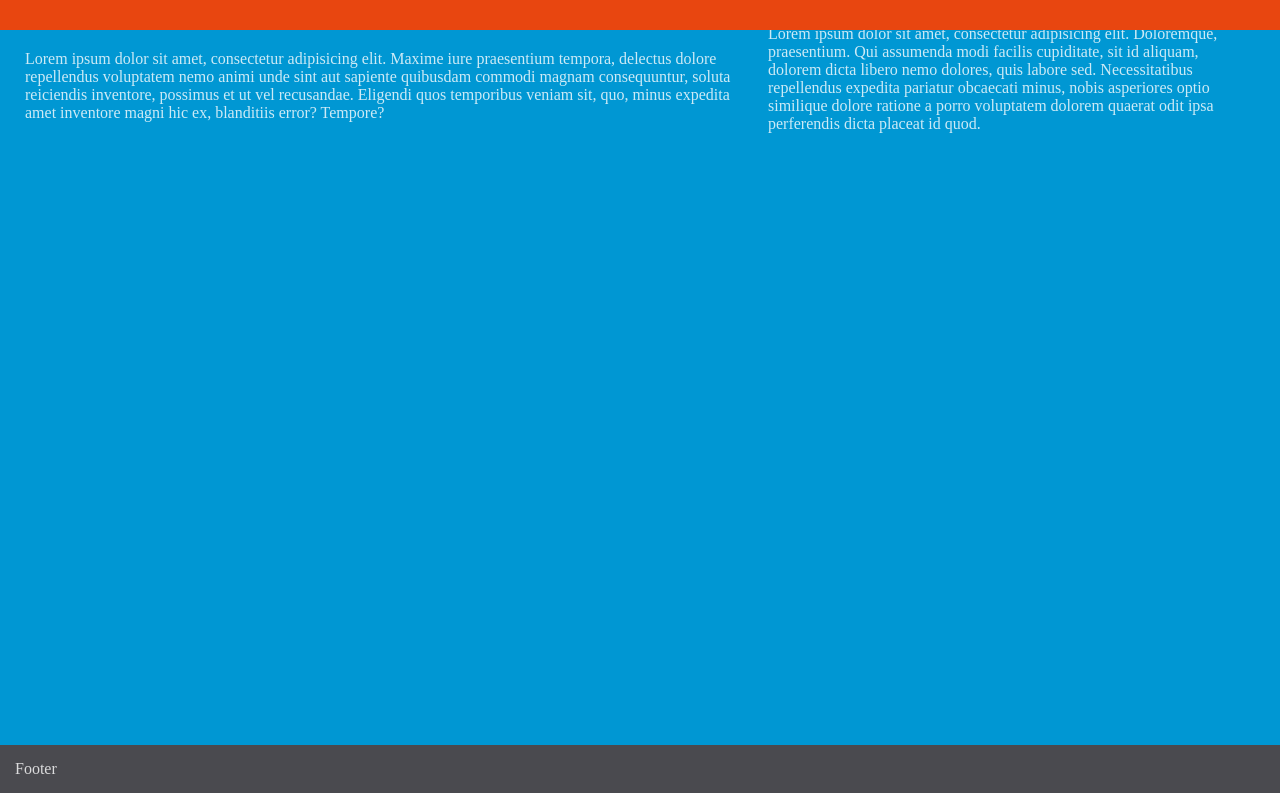
Repository: jdtiding/Responsive_Design
Page: index.html
The author's editor kept a record of every edit. The page is drawn from the files as they stood at one moment, then again after the next edit.
The browser window is 1280 px wide. The pictures show the whole page.

Above is the page before.

### index.html
<!DOCTYPE html>
<html lang="en">
<head>
    <meta charset="UTF-8">
    <meta name="viewport" content="width=device-width, initial-scale=1.0">
    <meta http-equiv="X-UA-Compatible" content="ie=edge">
    <link rel="stylesheet" href="index.css" type="text/css" />
    <title>Responsive Design</title>
</head>
<body>
    <main class="main">
        <header class="header">
            <div class="logo"></div>
        </header>
        <section class="section">
            <article class="article column column-60">
                <p class="section-paragraph">
                    Lorem ipsum dolor sit amet, consectetur adipisicing elit. Maxime iure praesentium tempora, delectus dolore repellendus voluptatem nemo animi unde sint aut sapiente quibusdam commodi magnam consequuntur, soluta reiciendis inventore, possimus et ut vel recusandae. Eligendi quos temporibus veniam sit, quo, minus expedita amet inventore magni hic ex, blanditiis error? Tempore?
                </p>
            </article>
            <aside class="aside column column-40"></aside>
            <p class="section-paragraph">
            Lorem ipsum dolor sit amet, consectetur adipisicing elit. Doloremque, praesentium. Qui assumenda modi facilis cupiditate, sit id aliquam, dolorem dicta libero nemo dolores, quis labore sed. Necessitatibus repellendus expedita pariatur obcaecati minus, nobis asperiores optio similique dolore ratione a porro voluptatem dolorem quaerat odit ipsa perferendis dicta placeat id quod.
            </p>
        </section>
        <footer class="footer">
            Footer
        </footer>
    </main>
</body>
</html>

### index.css
body, html {
    height: 100%;
    margin: 0;
    color: rgba(255, 255,255, .8);
}

.header {
    position: fixed;
    top: 0;
    left: 0;
    right: 0;
    background-color: #e84610;
    padding: 15px 25px;
}

.main {
    height: 100%;
}

.section {
    background-color: #0097d3;
    height: 100%;
}

.vcenter {
    position: relative;
    top: 50%;
    transform: translateY(-50%);
}

.section-paragraph {
    font-size: 1em;
    margin: 25px;
}

.footer {
    background-color: #4a4a4f;
    padding: 15px;
}

@media (min-width: 768px) {
    .column {
        float: left;
    }

    .column-60 {
        width: 60%;
    }

    .column-40 {
        width: 40%;
    }
}

After the next edit:
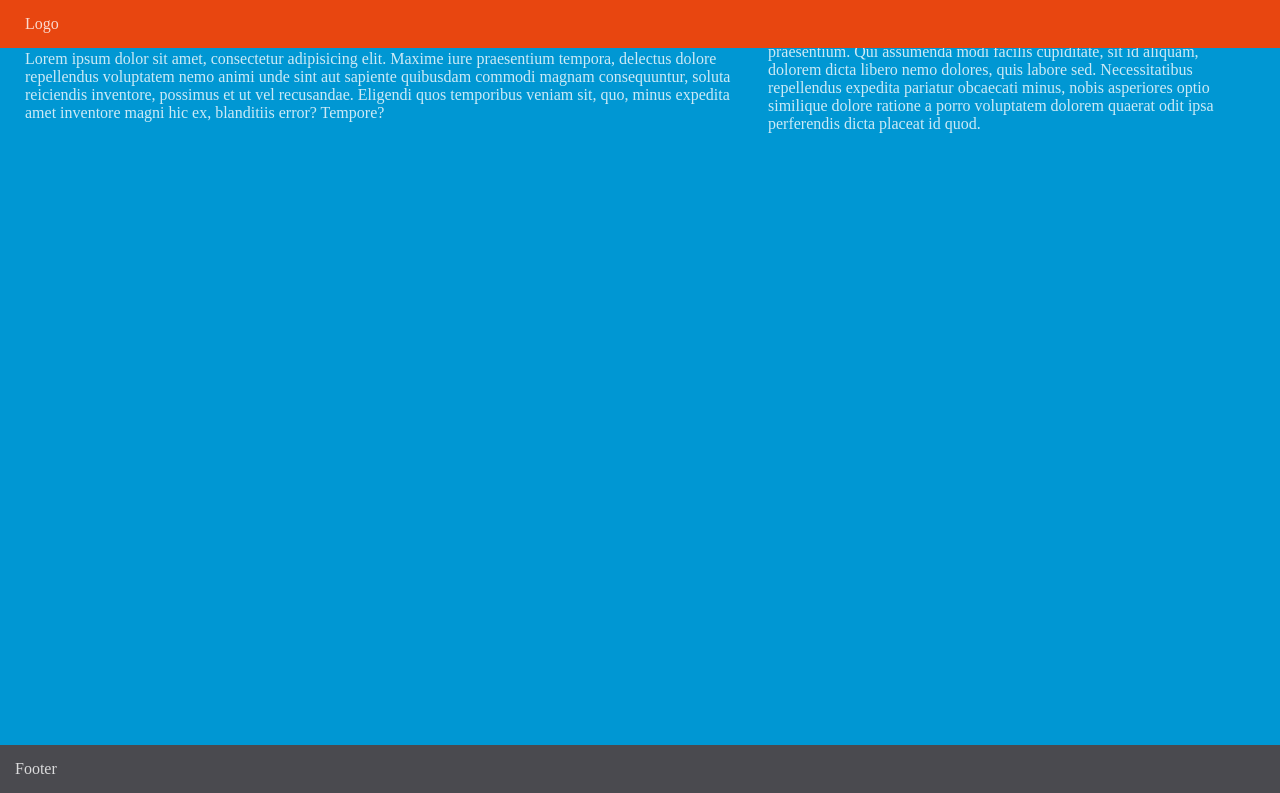
The edit:
--- a/index.html
+++ b/index.html
@@ -10,7 +10,7 @@
 <body>
     <main class="main">
         <header class="header">
-            <div class="logo"></div>
+            <div class="logo">Logo</div>
         </header>
         <section class="section">
             <article class="article column column-60">
